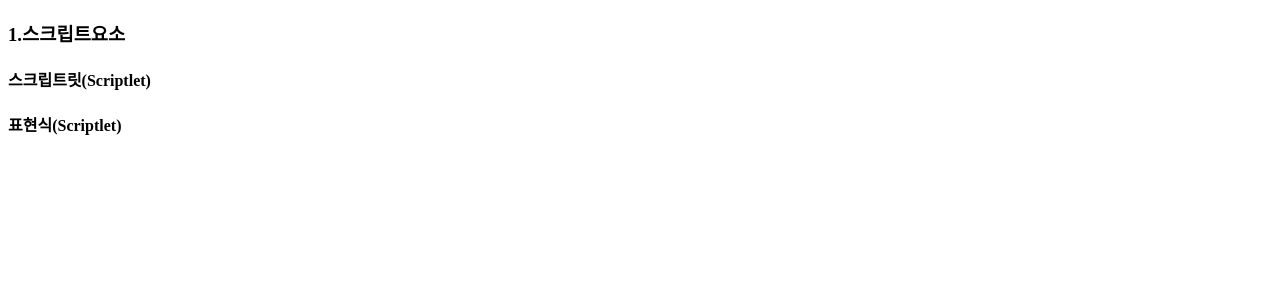
Repository: 123rhkddms2/JSP
Page: http://localhost/ch02/1.스크립트요소.jsp
An editor plug-in stored every save of this project. The page is shown before and after the next save, followed by the edit.
The browser window is 1280 px wide. The pictures show the whole page.
The page is served by Tomcat 9. Other server files are loaded and not shown.

Above is the page before, as saved 2024-01-29 01:19:21.

### ch02/src/main/webapp/1.스크립트요소.jsp
<%@ page contentType="text/html;charset=UTF-8" pageEncoding="UTF-8"%>
<!DOCTYPE html>
<html>
	<head>
		<meta charset="UTF-8">
		<title>1.스크립트요소</title>
		<%--
			날짜 : 2024/01/29
			이름 : 김광은
			내용 : CH02.JSP 기본문법
		 --%>
	</head>
	<body>
		<h3>1.스크립트요소</h3>

		<h4>스크립트릿(Scriptlet)</h4>
		<%
			int 	var1 = 1;
			boolean var2 = true;
			double  var3 = 3.14;
			String  var4 = "hello";

			out.println();

		%>



		<h4>표현식(Scriptlet)</h4>



	</body>
</html>

After the next save:
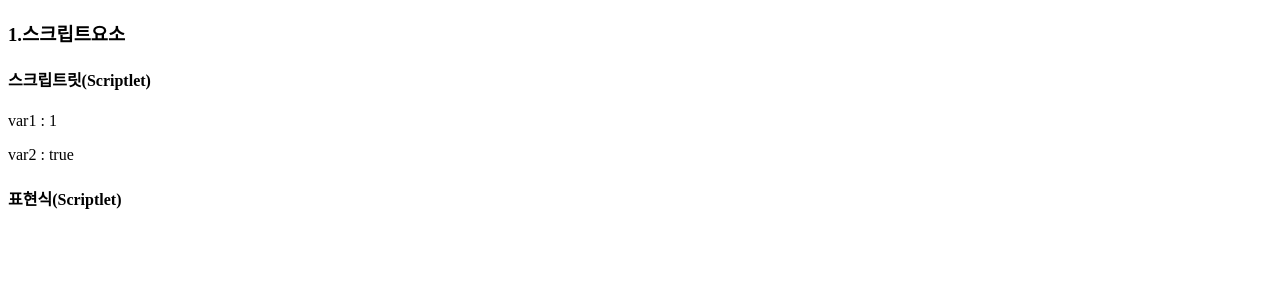
Saved 32 s later.
--- a/ch02/src/main/webapp/1.스크립트요소.jsp
+++ b/ch02/src/main/webapp/1.스크립트요소.jsp
@@ -20,7 +20,8 @@
 			double  var3 = 3.14;
 			String  var4 = "hello";
 
-			out.println();
+			out.println("<p>var1 : " + var1 + "</p>");
+			out.println("<p>var2 : " + var2 + "</p>");
 
 		%>
 
